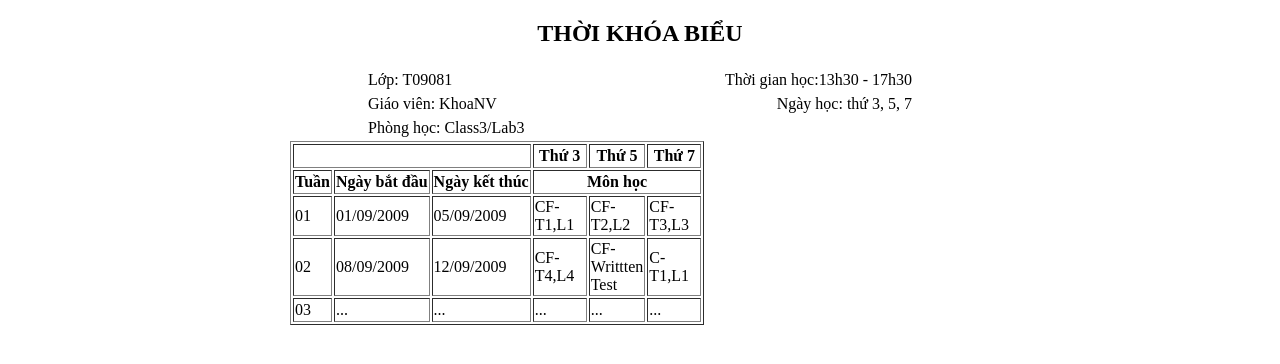
Repository: Lehuyhuynh/BT1-HTML
Page: index.html
These files come from the project's save history. The page is drawn as it stood at one moment and after the next save; the edit follows.
The browser window is 1280 px wide. The pictures show the whole page.

Above is the page before, as saved 2023-08-06 21:59:32.

After the next save:
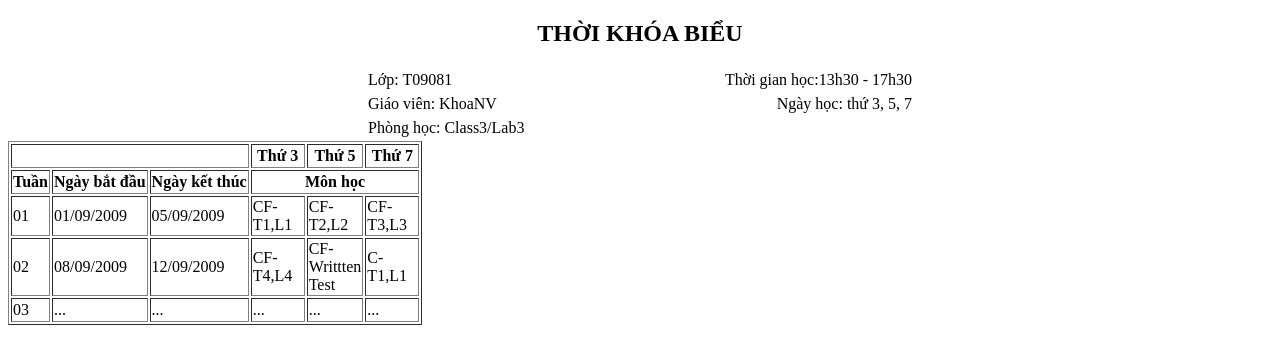
Saved 20 s later.
--- a/index.html
+++ b/index.html
@@ -15,12 +15,12 @@
     margin-left: auto;
     margin-right: auto;
     }
-    #table2{
+    /* #table2{
       width: 700px;
     display: block;
     margin-left: auto;
     margin-right: auto;
-    }
+    } */
     tr,th,td{
       height: 20px;
     }
